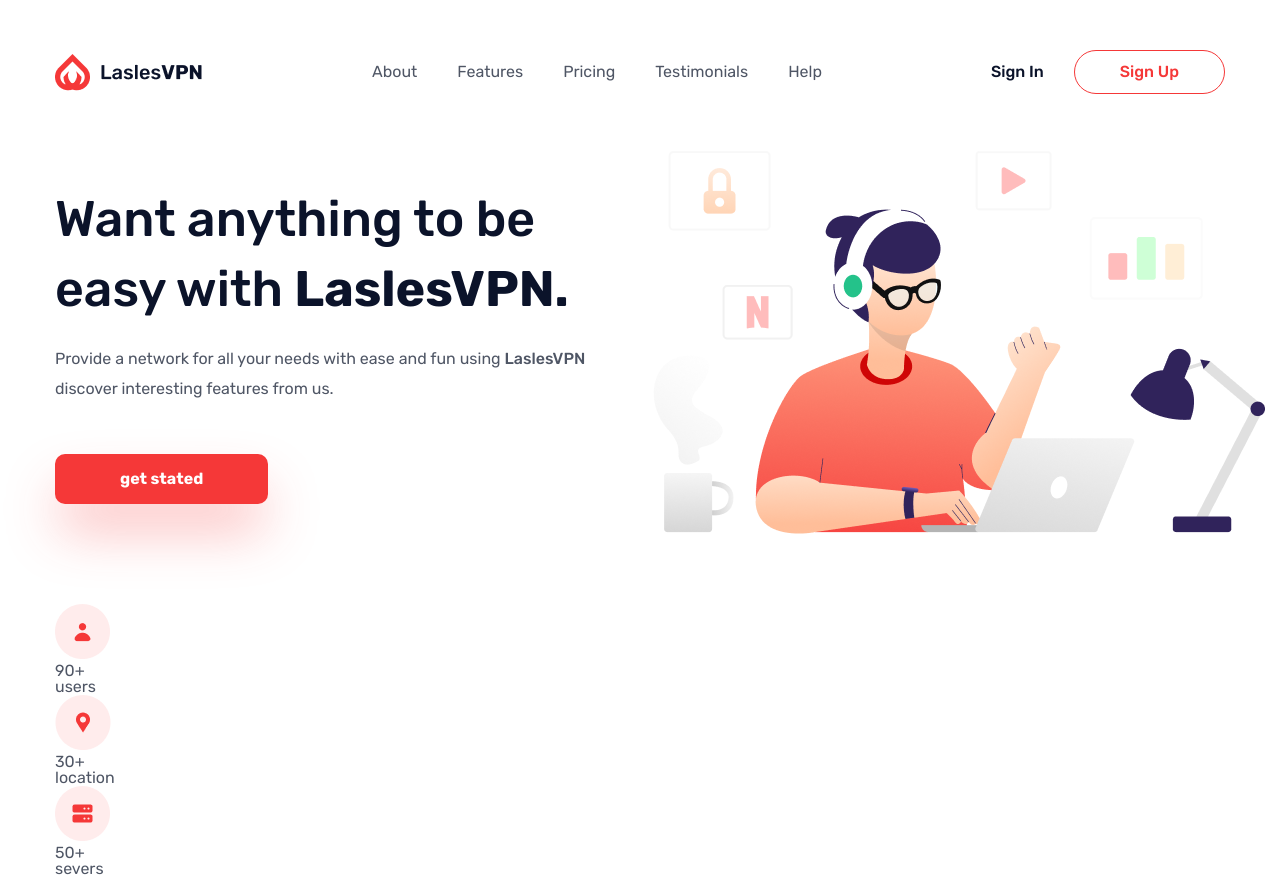
Repository: longvuht/lasles-VPN-vu
Page: index.html
The author's editor kept a copy of each file at every save. The page is drawn from the files as they stood at one save, then again after the next save.
The browser window is 1280 px wide. The pictures show the whole page.
The style sheet was rebuilt from its Sass, Less or Tailwind sources for each picture, by a compiler version that may differ from the author's.

Above is the page before, as saved 2022-09-10 17:00:44.

After the next save:
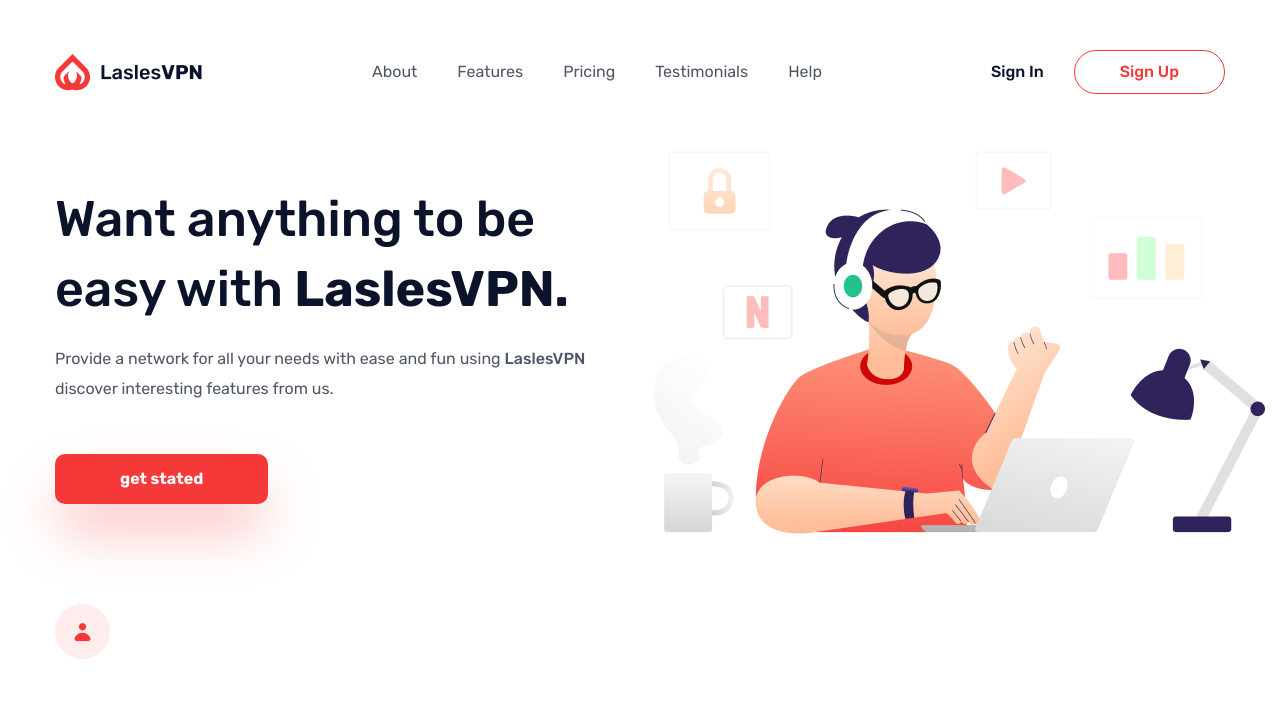
Saved 2 min 3 s later.
--- a/index.html
+++ b/index.html
@@ -76,28 +76,6 @@
                 <div class="intro-icon">
                   <img src="./img/user.png" alt="user icon" />
                 </div>
-                <div class="intro-info">
-                  <h3 class="intro-title">90+</h3>
-                  <span class="intro-text">users</span>
-                </div>
-              </div>
-                <div class="intro-icon">
-                  <img src="./img/location.png" alt="location icon" />
-                </div>
-                <div class="intro-info">
-                  <h3 class="intro-title">30+</h3>
-                  <span class="intro-text">location</span>
-                </div>
-              </div>
-                <div class="intro-icon">
-                  <img src="./img/server.png" alt="server icon" />
-                </div>
-                <div class="intro-info">
-                  <h3 class="intro-title">50+</h3>
-                  <span class="intro-text">severs</span>
-                </div>
-              </div>
-
             </div>
           </div>
         </section>
